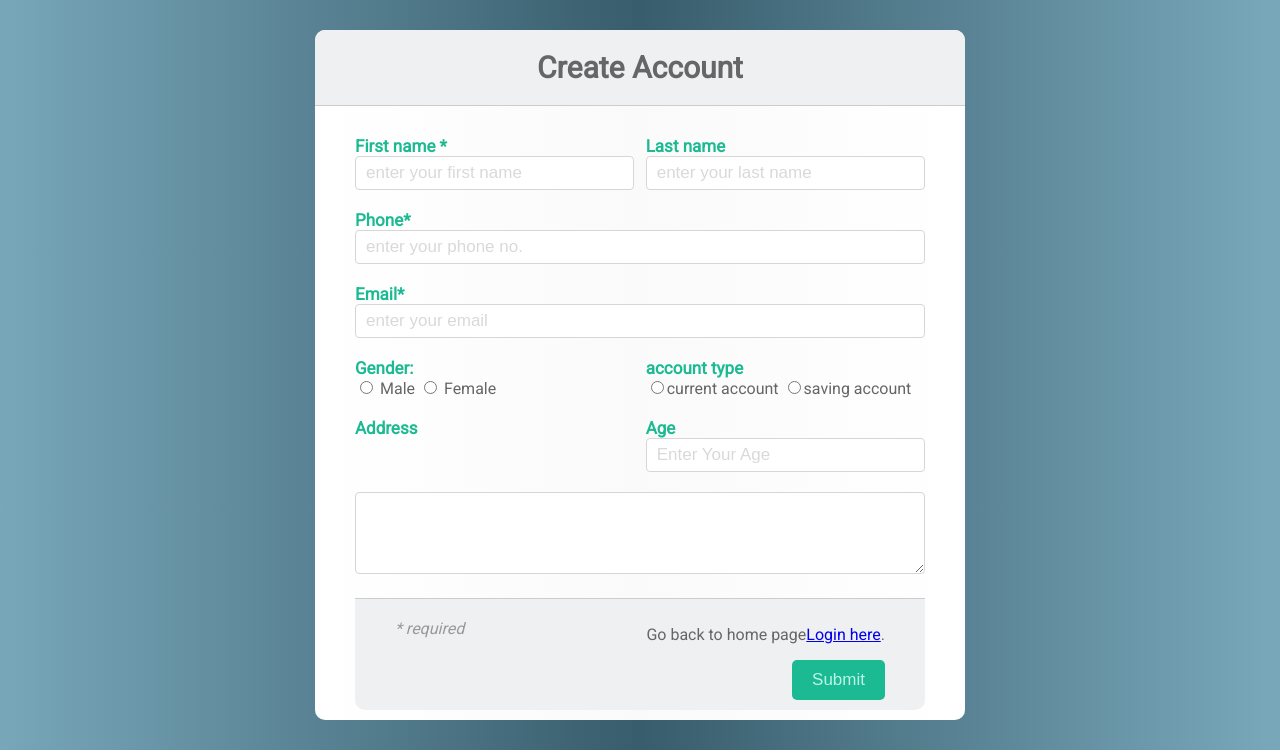
Repository: HT13M19/kuldeep
Page: GGGG/Demo2/src/main/webapp/UserInfo.html
The author's editor kept a copy of each file at every save. The page is drawn from the files as they stood at one save, then again after the next save.
The browser window is 1280 px wide. The pictures show the whole page.

Above is the page before, as saved 2023-09-23 15:45:19.

### GGGG/Demo2/src/main/webapp/UserInfo.html
<!DOCTYPE html>
<html>
  <head>
    <meta charset="utf-8">
    <title>HTML CSS Register Form</title>
    <link rel="stylesheet" href="style.css">
  </head>
  <body>
    <form class="signup-form" action="register" method="get">

      <!-- form header -->
      <div class="form-header">
        <h1>Create Account</h1>
      </div>

      <!-- form body -->
      <div class="form-body">

        <!-- Firstname and Lastname -->
        <div class="horizontal-group">
          <div class="form-group left">
            <label for="firstname" class="label-title">First name *</label>
            <input type="text" name="FIRSTNAME" id="firstname" class="form-input" placeholder="enter your first name" required="required" />
          </div>
          <div class="form-group right">
            <label for="lastname" class="label-title">Last name</label>
            <input type="text" id="LASTNAME" name="LASTNAME" class="form-input" placeholder="enter your last name" />
          </div>
        </div>
        <!-- Phone-->
        <div class="form-group">
          <label for="Phone" class="label-title">Phone*</label>
          <input type="text" id="phone" name="PHONE" class="form-input" placeholder="enter your phone no." required="required" maxlength="10">
        </div>

        <!-- Email -->
        <div class="form-group">
          <label for="email" class="label-title">Email*</label>
          <input type="email" id="email" name="EMAIL" class="form-input" placeholder="enter your email" required="required">
        </div>

        <!-- Passwrod and confirm password -->
        <div class="horizontal-group">

        <!-- Gender and  account type-->
        <div class="horizontal-group">
          <div class="form-group left">
            <label class="label-title">Gender:</label>
            <div class="input-group">
              <label for="male"><input type="radio" name="GENDER" value="male" id="male"> Male</label>
              <label for="female"><input type="radio" name="GENDER" value="female" id="female"> Female</label>
            </div>
          </div>
          <div class="form-group right">
            <label class="label-title">account type</label>
            <div >
              <label><input type="radio" value="current account" name="ACCOUNT_TYPE">current account</label>
              <label><input type="radio" value="saving account " name="ACCOUNT_TYPE">saving account </label>
            </div>
          </div>
        </div>

        <!-- Source of Income and Income -->
        <div class="horizontal-group">


        </div>

        <!-- Profile picture and Age -->
        <div class="horizontal-group">

          <div class="form-group right">
            <label for="experience" class="label-title">Age</label>
            <input type="number" min="18" name="AGE" max="80" placeholder="Enter Your Age" class="form-input">
          </div>
        </div>

        <!-- Address -->
        <div class="form-group">
          <label for="choose-file" class="label-title">Address</label>
          <textarea class="form-input" rows="4" name="ADDRESS" cols="50" style="height:auto"></textarea>
        </div>
      </div>
      <!-- form-footer -->
      <div class="form-footer">
        <span>* required</span>
        <p>Go back to home page<a href="main.jsp">Login here</a>.</p>
        <button type="submit" class="btn">Submit</button>
      </div>

    </form>

  </body>
</html>

### GGGG/Demo2/src/main/webapp/style.css

/*---------------------------------------*/
/* Font */
/*---------------------------------------*/
@import url('https://fonts.googleapis.com/css?family=Roboto');


/*---------------------------------------*/
/* Register Form */
/*---------------------------------------*/
body {
  background:linear-gradient(to right, #78a7ba 0%, #385D6C 50%, #78a7ba 99%);
}

.signup-form {
  font-family: "Roboto", sans-serif;
  width:650px;
  margin:30px auto;
  background:linear-gradient(to right, #ffffff 0%, #fafafa 50%, #ffffff 99%);
  border-radius: 10px;
}

/*---------------------------------------*/
/* Form Header */
/*---------------------------------------*/
.form-header  {
  background-color: #EFF0F1;
  border-top-left-radius: 10px;
  border-top-right-radius: 10px;
}

.form-header h1 {
  font-size: 30px;
  text-align:center;
  color:#666;
  padding:20px 0;
  border-bottom:1px solid #cccccc;
}

/*---------------------------------------*/
/* Form Body */
/*---------------------------------------*/
.form-body {
  padding:10px 40px;
  color:#666;
}

.form-group{
  margin-bottom:20px;
}

.form-body .label-title {
  color:#1BBA93;
  font-size: 17px;
  font-weight: bold;
}

.form-body .form-input {
    font-size: 17px;
    box-sizing: border-box;
    width: 100%;
    height: 34px;
    padding-left: 10px;
    padding-right: 10px;
    color: #333333;
    text-align: left;
    border: 1px solid #d6d6d6;
    border-radius: 4px;
    background: white;
    outline: none;
}



.horizontal-group .left{
  float:left;
  width:49%;
}

.horizontal-group .right{
  float:right;
  width:49%;
}

input[type="file"] {
  outline: none;
  cursor:pointer;
  font-size: 17px;
}

#range-label {
  width:15%;
  padding:5px;
  background-color: #1BBA93;
  color:white;
  border-radius: 5px;
  font-size: 17px;
  position: relative;
  top:-8px;
}


::-webkit-input-placeholder  {
  color:#d9d9d9;
}

/*---------------------------------------*/
/* Form Footer */
/*---------------------------------------*/
.signup-form .form-footer  {
  background-color: #EFF0F1;
  border-bottom-left-radius: 10px;
  border-bottom-right-radius: 10px;
  padding:10px 40px;
  text-align: right;
  border-top: 1px solid #cccccc;
  clear:both;
}

.form-footer span {
  float:left;
  margin-top: 10px;
  color:#999;
  font-style: italic;
  font-weight: thin;
}

.btn {
   display:inline-block;
   padding:10px 20px;
   background-color: #1BBA93;
   font-size:17px;
   border:none;
   border-radius:5px;
   color:#bcf5e7;
   cursor:pointer;
}

.btn:hover {
  background-color: #169c7b;
  color:white;
}

After the next save:
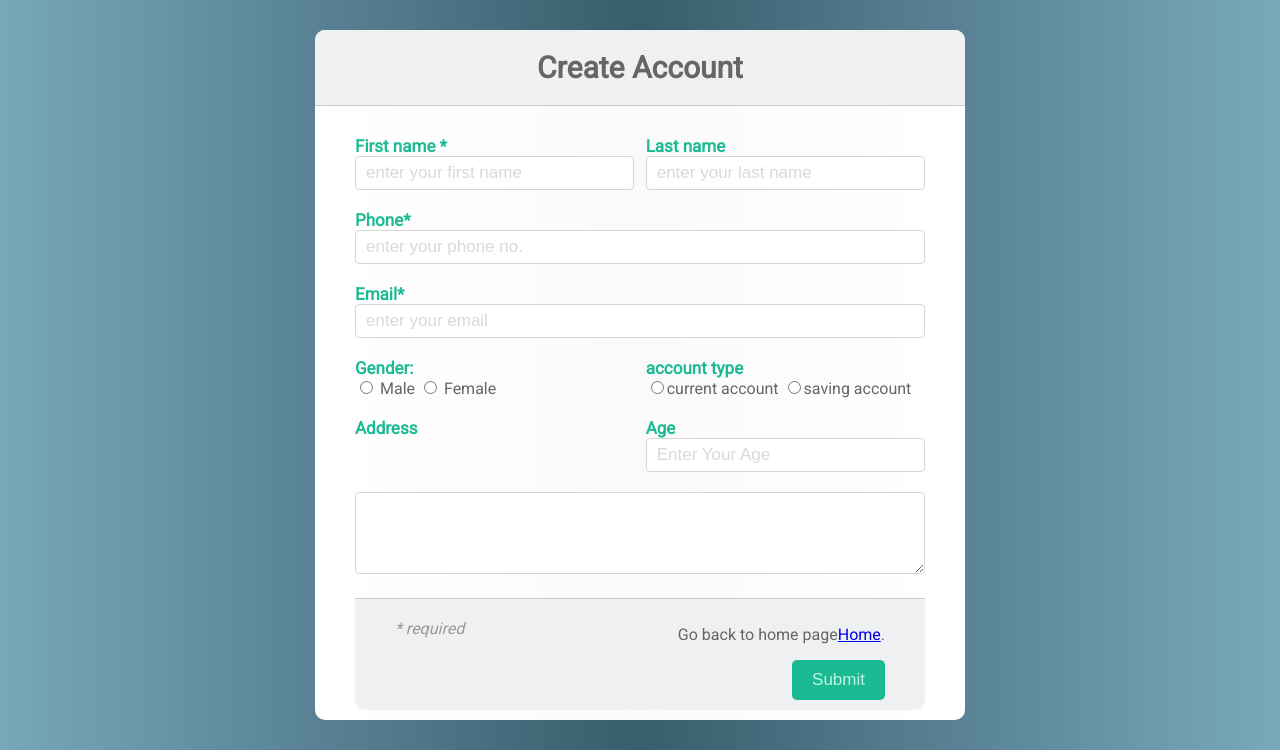
Saved 11 s later.
--- a/GGGG/Demo2/src/main/webapp/UserInfo.html
+++ b/GGGG/Demo2/src/main/webapp/UserInfo.html
@@ -84,7 +84,7 @@
       <!-- form-footer -->
       <div class="form-footer">
         <span>* required</span>
-        <p>Go back to home page<a href="main.jsp">Login here</a>.</p>
+        <p>Go back to home page<a href="main.jsp">Home</a>.</p>
         <button type="submit" class="btn">Submit</button>
       </div>
 
